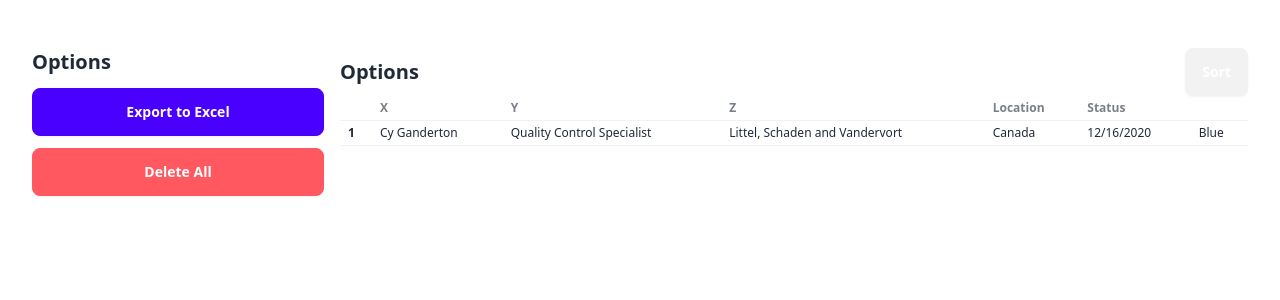
Repository: khulqu15/khafsin_server
Page: http://localhost/
The author's editor kept a copy of each file at every save. The page is drawn from the files as they stood at one save, then again after the next save.
The browser window is 1280 px wide. The pictures show the whole page.
Some web libraries are served in a nearby version. The page is served by the project's Laravel application, run on PHP 8.4 with Laravel 12. Other server files are loaded and not shown. Queries for data that is not in the repository find no rows.

Above is the page before, as saved 2024-10-25 02:56:15.

### routes/web.php
<?php

use App\Http\Controllers\ImuController;
use Illuminate\Support\Facades\Route;

Route::get('/', [ImuController::class, 'home']);

### app/Http/Controllers/ImuController.php
<?php

namespace App\Http\Controllers;

use App\Models\Imu;
use Exception;
use Illuminate\Database\Eloquent\ModelNotFoundException;
use Illuminate\Http\Request;
use Illuminate\Support\Carbon;

class ImuController extends Controller
{

    public function home(Request $request) {
        $query = Imu::query();
        if ($request->has(['start_date', 'end_date'])) {
            $start_date = Carbon::parse($request->input('start_date'))->startOfDay();
            $end_date = Carbon::parse($request->input('end_date'))->endOfDay();
            $query->whereBetween('created_at', [$start_date, $end_date]);
        }
        $imus = $query->orderBy('created_at', 'desc')->get();
        return view('welcome')->with('imus', $imus);
    }

    /**
     * Display a listing of the resource.
     */
    public function index(Request $request)
    {
        try {
            $query = Imu::query();

            if ($request->has(['start_date', 'end_date'])) {
                $start_date = Carbon::parse($request->input('start_date'))->startOfDay();
                $end_date = Carbon::parse($request->input('end_date'))->endOfDay();
                $query->whereBetween('created_at', [$start_date, $end_date]);
            }
            $imus = $query->orderBy('created_at', 'desc')->get();
            return response()->json($imus);

        } catch (Exception $e) {
            return $this->handleException($e);
        }
    }

    /**
     * Store a newly created resource in storage.
     */
    public function store(Request $request)
    {
        try {
            $validatedData = $request->validate([
                'x' => 'required|numeric',
                'y' => 'required|numeric',
                'z' => 'required|numeric',
                'location' => 'nullable|string',
                'status' => 'nullable|string',
                'description' => 'nullable|string',
                'lat' => 'nullable|numeric',
                'lon' => 'nullable|numeric',
                'alt' => 'nullable|numeric',
            ]);

            $imu = Imu::create($validatedData);

            return response()->json($imu, 201);

        } catch (Exception $e) {
            return $this->handleException($e);
        }
    }

    /**
     * Display the specified resource.
     */
    public function show(string $id)
    {
        try {
            $imu = Imu::findOrFail($id);
            return response()->json($imu);

        } catch (ModelNotFoundException $e) {
            return $this->handleException($e);

        } catch (Exception $e) {
            return $this->handleException($e);
        }
    }

    /**
     * Update the specified resource in storage.
     */
    public function update(Request $request, string $id)
    {
        try {
            $imu = Imu::findOrFail($id);

            $validatedData = $request->validate([
                'x' => 'required|numeric',
                'y' => 'required|numeric',
                'z' => 'required|numeric',
                'location' => 'nullable|string',
                'status' => 'nullable|string',
                'description' => 'nullable|string',
                'lat' => 'nullable|numeric',
                'lon' => 'nullable|numeric',
                'alt' => 'nullable|numeric',
            ]);

            $imu->update($validatedData);

            return response()->json($imu);

        } catch (ModelNotFoundException $e) {
            return $this->handleException($e);

        } catch (Exception $e) {
            return $this->handleException($e);
        }
    }

    /**
     * Remove the specified resource from storage.
     */
    public function destroy(string $id)
    {
        try {
            $imu = Imu::findOrFail($id);
            $imu->delete();
            return response()->json(['message' => 'IMU record deleted successfully']);

        } catch (ModelNotFoundException $e) {
            return $this->handleException($e);

        } catch (Exception $e) {
            return $this->handleException($e);
        }
    }
}

### app/Http/Controllers/Controller.php
<?php

namespace App\Http\Controllers;

use Exception;
use Illuminate\Http\JsonResponse;
use Illuminate\Http\Response;

abstract class Controller
{
    protected function handleException(Exception $e): JsonResponse
    {
        return response()->json([
            'error' => true,
            'message' => $e->getMessage(),
            'code' => $e->getCode(),
        ], $e instanceof \Illuminate\Database\Eloquent\ModelNotFoundException ? Response::HTTP_NOT_FOUND : Response::HTTP_INTERNAL_SERVER_ERROR);
    }
}

### app/Models/Imu.php
<?php

namespace App\Models;

use Illuminate\Database\Eloquent\Model;

class Imu extends Model
{
    protected $table = 'imus';
    protected $primaryKey = 'id';

    protected $fillable = [
        'x',
        'y',
        'z',
        'location',
        'status',
        'description',
        'lat',
        'lon',
        'alt',
    ];
}

### resources/views/welcome.blade.php
<!DOCTYPE html>
<html lang="{{ str_replace('_', '-', app()->getLocale()) }}">
    <head>
        <meta charset="utf-8">
        <meta name="viewport" content="width=device-width, initial-scale=1">

        <title>Khafsin App</title>

        <link href="https://cdn.jsdelivr.net/npm/daisyui@4.12.13/dist/full.min.css" rel="stylesheet" type="text/css" />
        <script src="https://cdn.tailwindcss.com"></script>
    </head>
    <body>
        <div class="container mx-auto w-full min-h-screen py-12 px-8">
            <div class="w-full grid grid-cols-8 gap-4">
                <div class="md:col-span-2 col-span-8 space-y-3">
                    <h2 class="text-xl font-bold">Options</h2>
                    <button class="btn btn-primary w-full text-white">Export to Excel</button>
                    <button class="btn btn-error w-full text-white">Delete All</button>
                </div>
                <div class="md:col-span-6 col-span-8">
                    <div class="flex items-center justify-between">
                        <h2 class="text-xl font-bold">Options</h2>
                        <button class="btn btn-base-200 text-white">Sort</button>
                    </div>
                    <div class="h-[80vh] w-full overflow-auto">
                        <table class="table table-xs">
                            <thead>
                              <tr>
                                <th></th>
                                <th>X</th>
                                <th>Y</th>
                                <th>Z</th>
                                <th>Location</th>
                                <th>Status</th>
                              </tr>
                            </thead>
                            <tbody>
                              <tr>
                                <th>1</th>
                                <td>Cy Ganderton</td>
                                <td>Quality Control Specialist</td>
                                <td>Littel, Schaden and Vandervort</td>
                                <td>Canada</td>
                                <td>12/16/2020</td>
                                <td>Blue</td>
                              </tr>
                            </tbody>
                        </table>
                    </div>
                </div>
            </div>
        </div>
    </body>
</html>

After the next save:
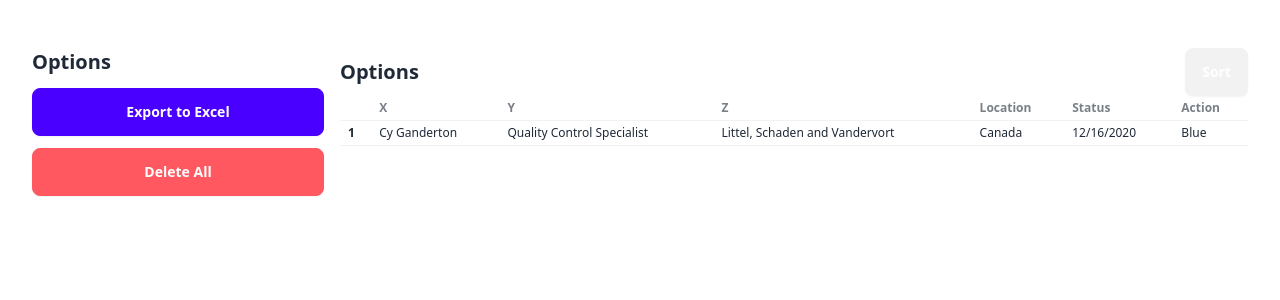
Saved 5 s later.
--- a/resources/views/welcome.blade.php
+++ b/resources/views/welcome.blade.php
@@ -32,6 +32,7 @@
                                 <th>Z</th>
                                 <th>Location</th>
                                 <th>Status</th>
+                                <th>Action</th>
                               </tr>
                             </thead>
                             <tbody>
